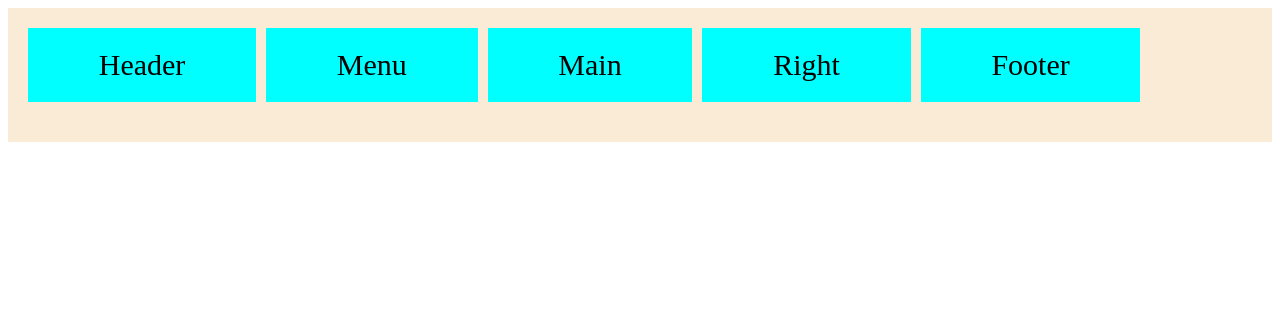
Repository: Thonghehe/Lab1_WEB106
Page: index11.html
The author's editor kept a copy of each file at every save. The page is drawn from the files as they stood at one save, then again after the next save.
The browser window is 1280 px wide. The pictures show the whole page.

Above is the page before, as saved 2024-03-08 22:27:27.

### index11.html
<!DOCTYPE html>
<html lang="en">

<head>
    <meta charset="UTF-8">
    <meta name="viewport" content="width=device-width, initial-scale=1.0">
    <title>Document</title>
    <style>
        .item1 {
            grid-area: header;
        }

        .item2 {
            grid-area: menu;
        }

        .item3 {
            grid-area: main;
        }

        .item4 {
            grid-area: right;
        }

        .item5 {
            grid-area: footer;
        }

        .grid-container {
            display: grid;
            grid-template-areas:
                'header header header header header header'
                'menu main main main right right'
                'menu footer footer footer footer footer';
            gap: 10px;
            background-color: antiquewhite;
            padding: 20px;
        }

        .grid-container>div {
            background-color: aqua;
            text-align: center;
            padding: 20px;
            font-size: 30px;
        }
    </style>
</head>

<body>
    <div class="grid-container">
        <div class="item">Header</div>
        <div class="item">Menu</div>
        <div class="item">Main</div>
        <div class="item">Right</div>
        <div class="item">Footer</div>
    </div>
</body>

</html>

After the next save:
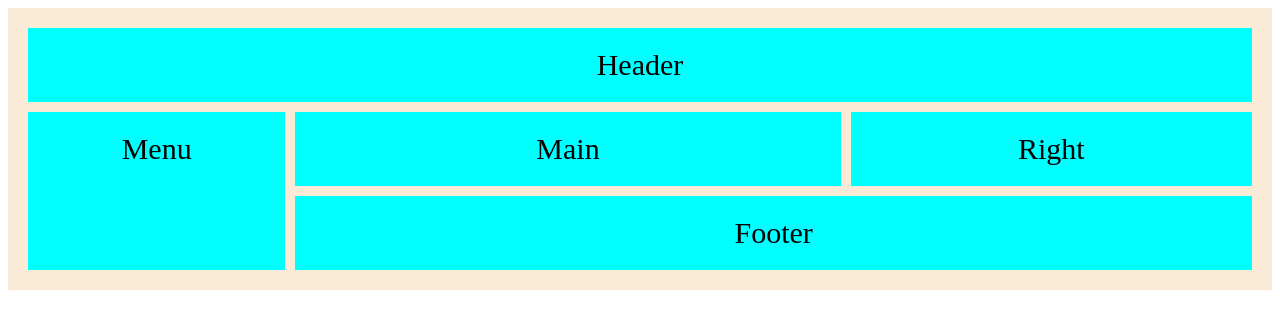
Saved 99 s later.
--- a/index11.html
+++ b/index11.html
@@ -48,11 +48,11 @@
 
 <body>
     <div class="grid-container">
-        <div class="item">Header</div>
-        <div class="item">Menu</div>
-        <div class="item">Main</div>
-        <div class="item">Right</div>
-        <div class="item">Footer</div>
+        <div class="item1">Header</div>
+        <div class="item2">Menu</div>
+        <div class="item3">Main</div>
+        <div class="item4">Right</div>
+        <div class="item5">Footer</div>
     </div>
 </body>
 
